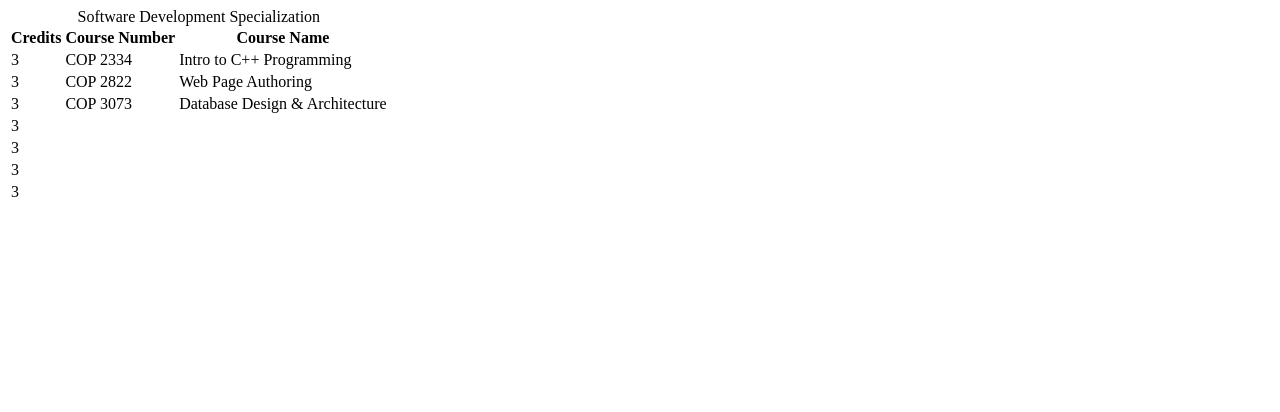
Repository: mlmEFSC21/P3-DegreeSpecializationTable
Page: index.html
The author's editor kept a copy of each file at every save. The page is drawn from the files as they stood at one save, then again after the next save.
The browser window is 1280 px wide. The pictures show the whole page.

Above is the page before, as saved 2022-01-30 20:33:18.

### index.html
<!DOCTYPE html>
<html lang="en">
    <head>
        <meta charset="UTF-8" />
        <meta http-equiv="X-UA-Compatible" content="IE=edge" />
        <meta name="viewport" content="width=device-width, initial-scale=1.0" />
        <title>Degree Specialization Table</title>
    </head>
    <body>
        <table>
            <caption class="tableTitle">
                Software Development Specialization
            </caption>
            <tr class="colTitles">
                <th>Credits</th>
                <th>Course Number</th>
                <th>Course Name</th>
            </tr>
            <tr>
                <td>3</td>
                <td>COP 2334</td>
                <td>Intro to C++ Programming</td>
            </tr>
            <tr>
                <td>3</td>
                <td>COP 2822</td>
                <td>Web Page Authoring</td>
            </tr>
            <tr>
                <td>3</td>
                <td>COP 3073</td>
                <td>Database Design & Architecture</td>
            </tr>
            <tr>
                <td>3</td>
                <td></td>
                <td></td>
            </tr>
            <tr>
                <td>3</td>
                <td></td>
                <td></td>
            </tr>
            <tr>
                <td>3</td>
                <td></td>
                <td></td>
            </tr>
            <tr>
                <td>3</td>
                <td></td>
                <td></td>
            </tr>
        </table>
    </body>
</html>

After the next save:
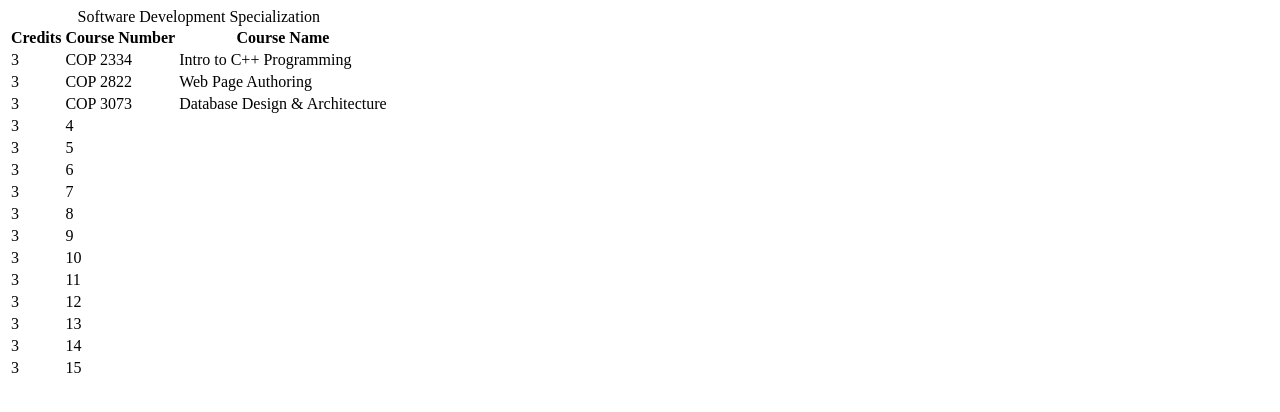
Saved 90 s later.
--- a/index.html
+++ b/index.html
@@ -33,22 +33,62 @@
             </tr>
             <tr>
                 <td>3</td>
-                <td></td>
+                <td>4</td>
                 <td></td>
             </tr>
             <tr>
                 <td>3</td>
-                <td></td>
+                <td>5</td>
                 <td></td>
             </tr>
             <tr>
                 <td>3</td>
-                <td></td>
+                <td>6</td>
                 <td></td>
             </tr>
             <tr>
                 <td>3</td>
+                <td>7</td>
                 <td></td>
+            </tr>
+            <tr>
+                <td>3</td>
+                <td>8</td>
+                <td></td>
+            </tr>
+            <tr>
+                <td>3</td>
+                <td>9</td>
+                <td></td>
+            </tr>
+            <tr>
+                <td>3</td>
+                <td>10</td>
+                <td></td>
+            </tr>
+            <tr>
+                <td>3</td>
+                <td>11</td>
+                <td></td>
+            </tr>
+            <tr>
+                <td>3</td>
+                <td>12</td>
+                <td></td>
+            </tr>
+            <tr>
+                <td>3</td>
+                <td>13</td>
+                <td></td>
+            </tr>
+            <tr>
+                <td>3</td>
+                <td>14</td>
+                <td></td>
+            </tr>
+            <tr>
+                <td>3</td>
+                <td>15</td>
                 <td></td>
             </tr>
         </table>
